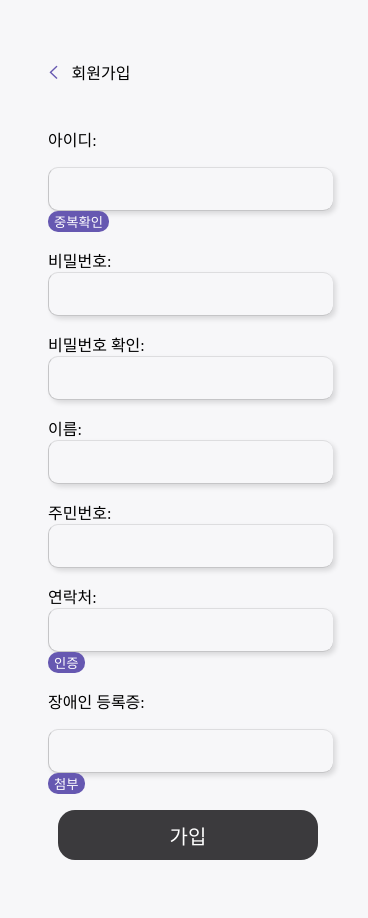
Repository: PEPI-dev/UI
Page: regist/regist.html
The author's editor kept a copy of each file at every save. The page is drawn from the files as they stood at one save, then again after the next save.
The browser window is 360 px wide. The page is 368 px wide, so the pictures cover 368 px, including what lies to the right of the window. The pictures show the whole page.
Some web fonts or font styles are not loaded; a fallback is used.

Above is the page before, as saved 2023-12-04 18:04:01.

After the next save:
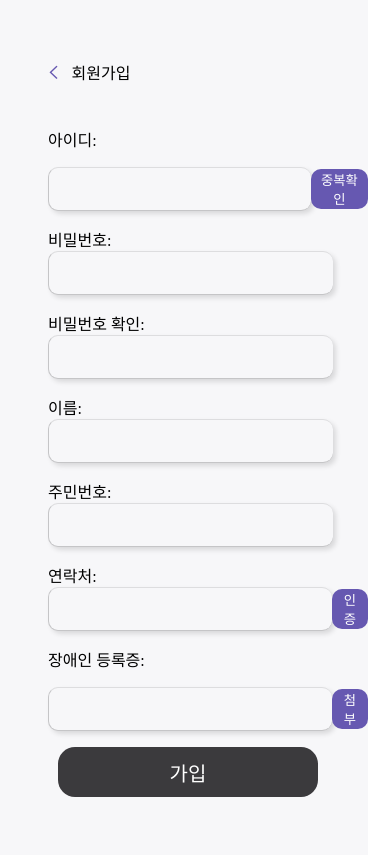
Saved 91 s later.
--- a/regist/regist.css
+++ b/regist/regist.css
@@ -99,6 +99,10 @@ body {
         margin-top: 5px;
     }
 
+    .form1 {
+        display: flex;
+        align-items: center;
+    }
 
     .name_input {
         flex-direction: row;
